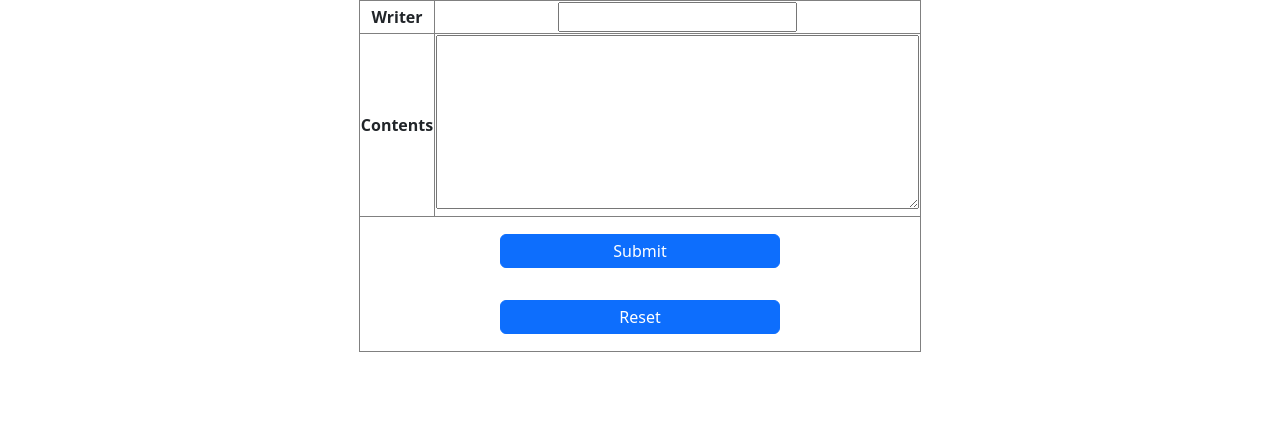
Repository: tomaters/servlets-JSP
Page: jsptest/src/main/webapp/bbs/write2.html
The author's editor kept a copy of each file at every save. The page is drawn from the files as they stood at one save, then again after the next save.
The browser window is 1280 px wide. The pictures show the whole page.

Above is the page before, as saved 2023-11-29 05:51:40.

After the next save:
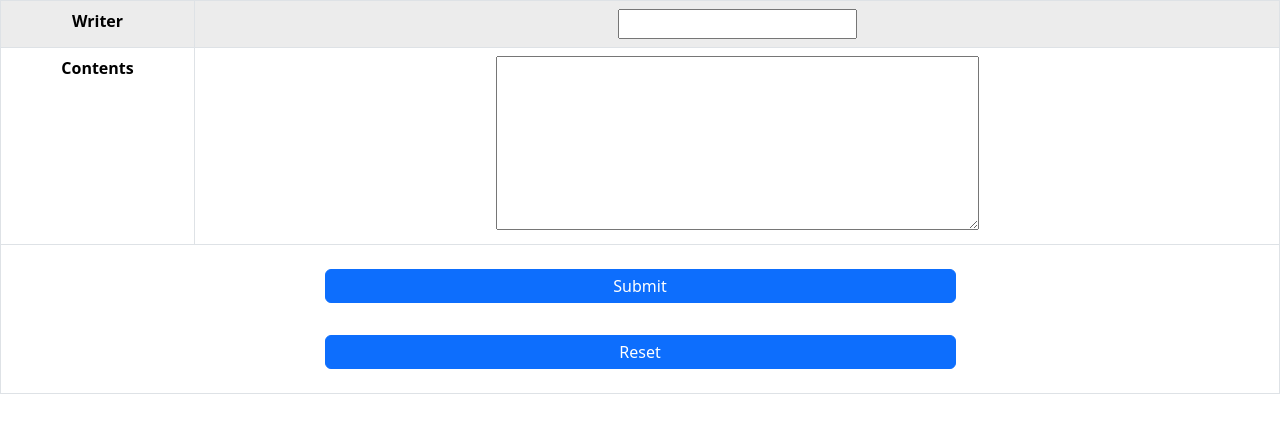
Saved 4 s later.
--- a/jsptest/src/main/webapp/bbs/write2.html
+++ b/jsptest/src/main/webapp/bbs/write2.html
@@ -9,7 +9,7 @@
 </head>
 <body>
 <form method="post" action="/jsptest/visit">
-      <table align="center" class="text-center table-bordered table-hover" border="1">
+      <table align="center" class="table text-center table-bordered table-hover" border="1">
         <tr>
             <th class="">Writer</th>
         <td>
